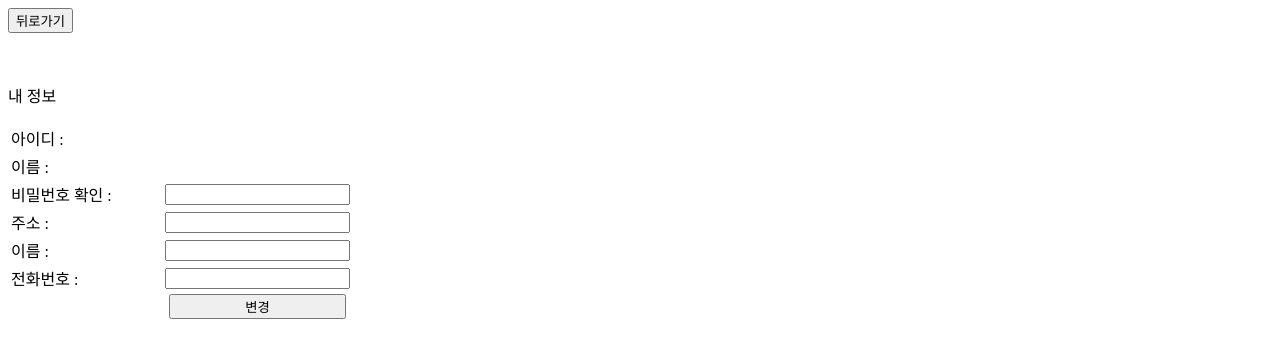
Repository: Ji-wonLee/book_store
Page: http://localhost/sms/WEB-INF/user/myInfo.jsp
These files come from the project's save history. The page is drawn as it stood at one moment and after the next save; the edit follows.
The browser window is 1280 px wide. The pictures show the whole page.
The page is served by Tomcat 9. Nobody is signed in. The template is opened directly, without the code that normally fills it, so the values that code supplies are empty.

Above is the page before, as saved 2024-05-28 04:35:14.

After the next save:
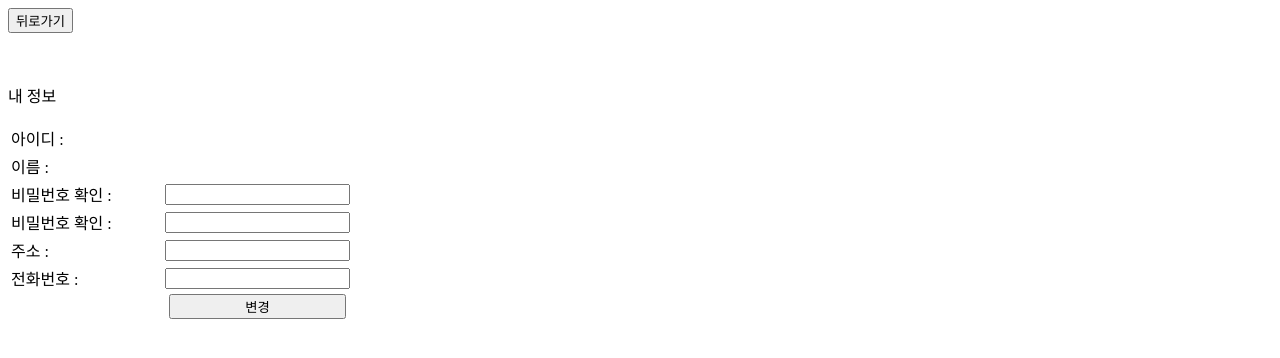
Saved 21 s later.
--- a/sms/src/main/webapp/WEB-INF/user/myInfo.jsp
+++ b/sms/src/main/webapp/WEB-INF/user/myInfo.jsp
@@ -58,7 +58,7 @@
 					</td>
 				</tr>
 				<tr>
-					<td style='text-align:left;width:150px'>주소 :</td>
+					<td style='text-align:left;width:150px'>비밀번호 확인 :</td>
 					<td>
 						<div class="form-group has-feedback">
 							<input class="form-control" id="userAddr" name="userAddr" required/>
@@ -66,7 +66,7 @@
 					</td>
 				</tr>
 				<tr>
-					<td style='text-align:left;width:150px'>이름 :</td>
+					<td style='text-align:left;width:150px'>주소 :</td>
 					<td>
 						<div class="form-group has-feedback">
 							<input class="form-control" id="userName" name="userName" required/>
